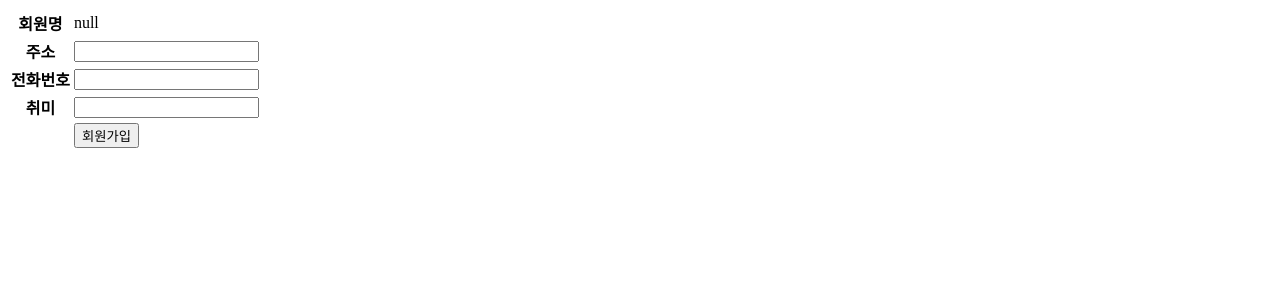
Repository: hyeri-seo/JSP
Page: http://localhost/Hello/memRegSuccess.jsp
An editor plug-in stored every save of this project. The page is shown before and after the next save, followed by the edit.
The browser window is 1280 px wide. The pictures show the whole page.
The page is served by Tomcat 9. Other server files are loaded and not shown.

Above is the page before, as saved 2023-09-19 05:31:19.

### Hello/src/main/webapp/memRegSuccess.jsp
<%@ page language="java" contentType="text/html; charset=UTF-8"
    pageEncoding="UTF-8"%>
<!DOCTYPE html>
<html>
<head>
<meta charset="UTF-8">
<title>Insert title here</title>
</head>
<body>
	<table>
		<tr><th>회원명</th><td><%=request.getParameter("name") %></td></tr>
		<tr><th>주소</th><td><input type="text" name="address"/></td></tr>
		<tr><th>전화번호</th><td><input type="text" name="tel"/></td></tr>
		<tr><th>취미</th><td><input type="text" name="hobby"/></td></tr>
		<tr><td></td><td><input type="submit" value="회원가입"/></td></tr>
	</table>
</body>
</html>

After the next save:
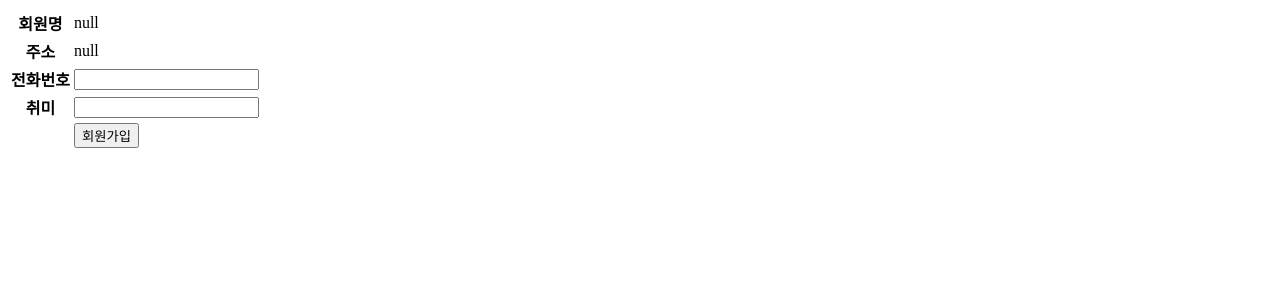
Saved 19 s later.
--- a/Hello/src/main/webapp/memRegSuccess.jsp
+++ b/Hello/src/main/webapp/memRegSuccess.jsp
@@ -9,7 +9,7 @@
 <body>
 	<table>
 		<tr><th>회원명</th><td><%=request.getParameter("name") %></td></tr>
-		<tr><th>주소</th><td><input type="text" name="address"/></td></tr>
+		<tr><th>주소</th><td><%=request.getParameter("address") %></td></tr>
 		<tr><th>전화번호</th><td><input type="text" name="tel"/></td></tr>
 		<tr><th>취미</th><td><input type="text" name="hobby"/></td></tr>
 		<tr><td></td><td><input type="submit" value="회원가입"/></td></tr>
